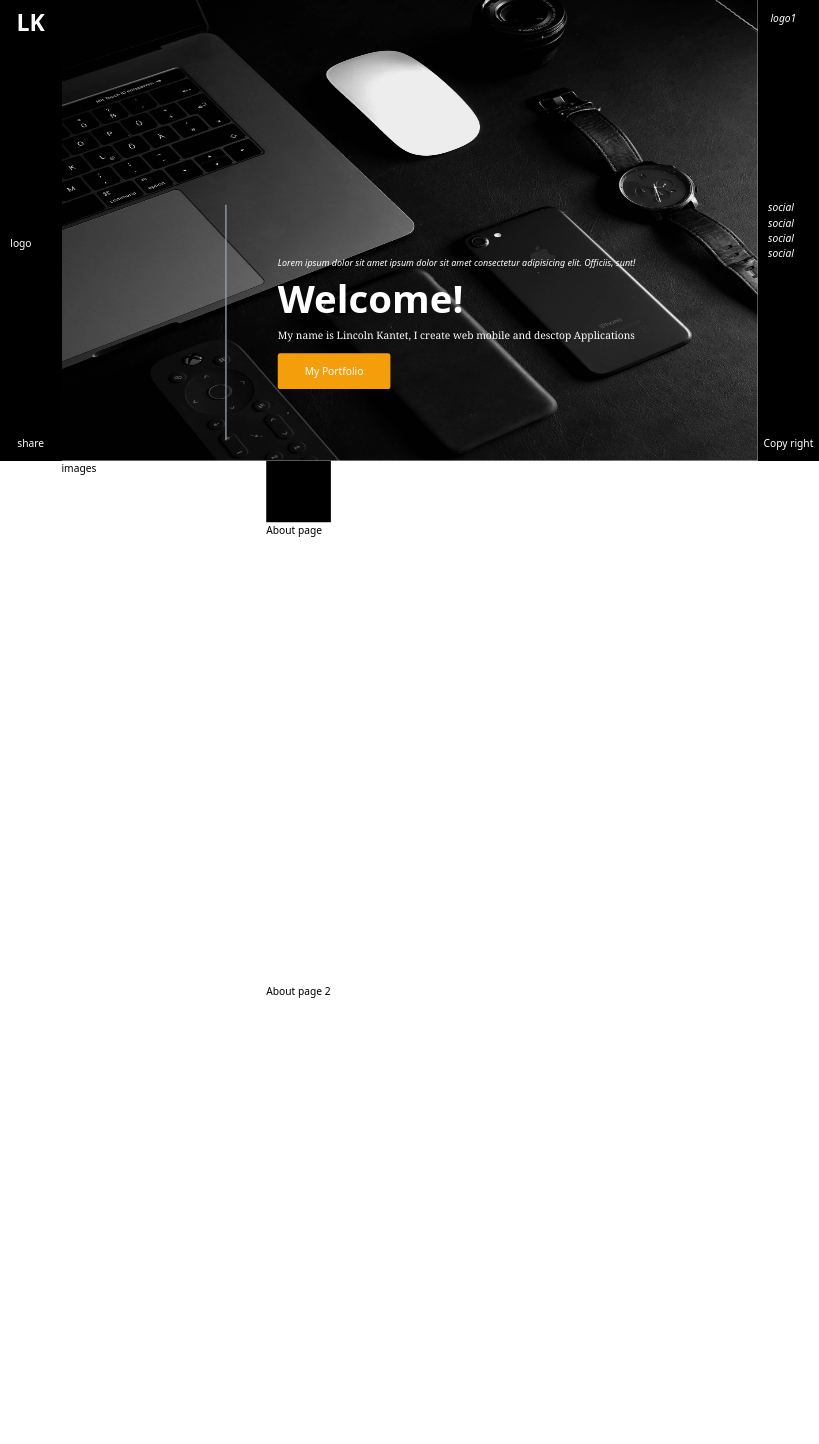
Repository: linco6054/template-tailwindcss
Page: index.html
The author's editor kept a copy of each file at every save. The page is drawn from the files as they stood at one save, then again after a run of saves.
The browser window is 1280 px wide. The pictures show the whole page, at 64% of full size.

Above is the page before, as saved 2021-08-17 17:39:55.

After the next 3 saves:
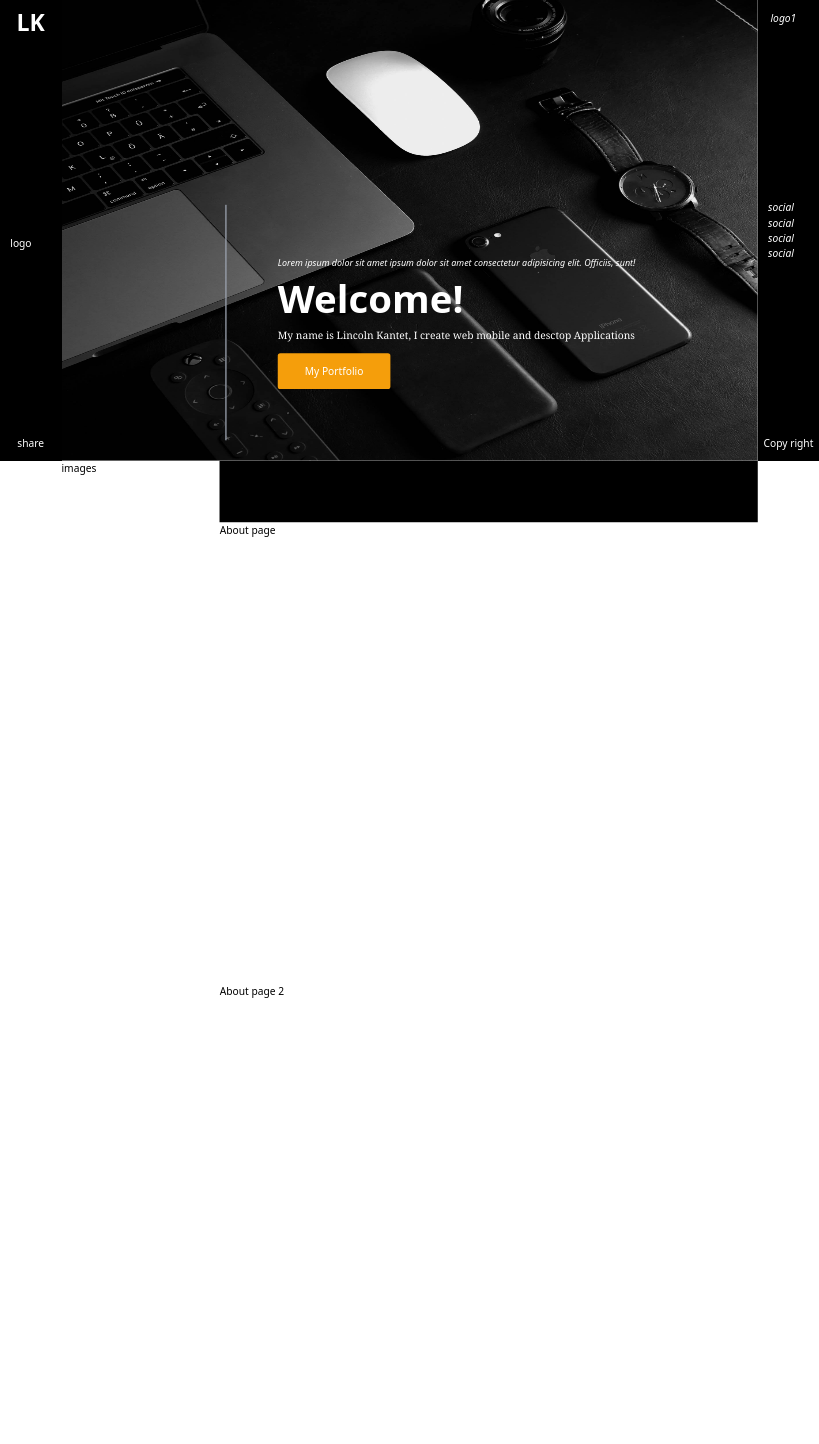
The 3 saves are shown as one change because they came seconds apart.
The last was saved 38 s later.
--- a/index.html
+++ b/index.html
@@ -68,7 +68,7 @@
       <!-- other screen mother container -->
       <div class="h-auto relative flex ">
       <div class="w-80 hidden md:block">images</div>
-      <div class="">
+      <div class="w-full">
         <nav class="sticky top-24 h-24 bg-black w-full">nav bar</nav>
         <main>
           <div class="h-screen">About page</div>
